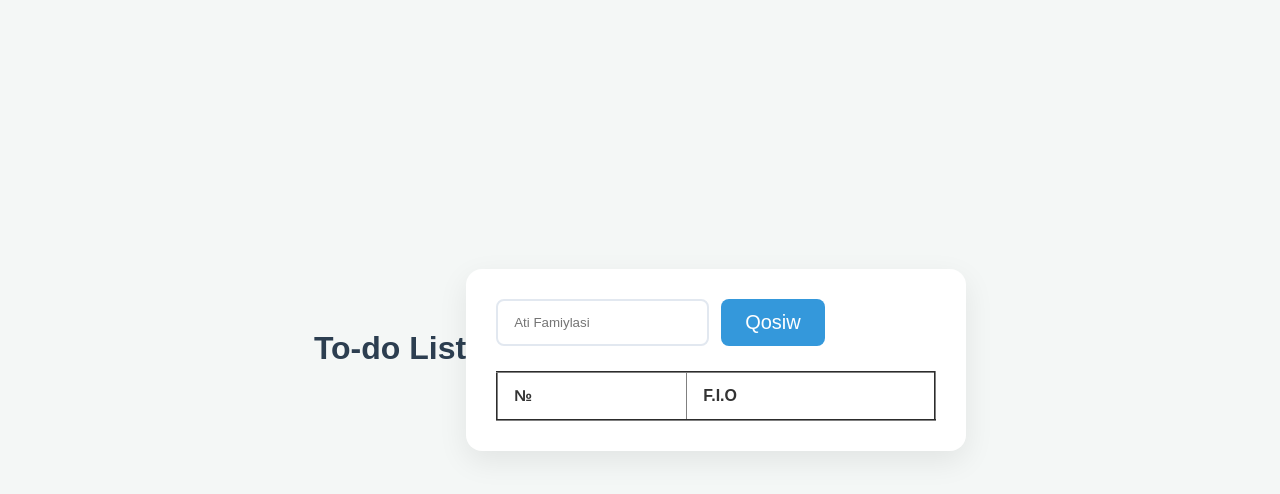
Repository: atamuratov777/my-to-do-list
Page: index.html
These files come from the project's save history. The page is drawn as it stood at one moment and after the next save; the edit follows.
The browser window is 1280 px wide. The pictures show the whole page.

Above is the page before, as saved 2026-06-18 14:19:09.

### index.html
<!DOCTYPE html>
<html lang="en">
<head>
    <meta charset="UTF-8">
    <meta name="viewport" content="width=device-width, initial-scale=1.0">
    <title>Document</title>
    <link rel="stylesheet" href="./style.css">
</head>
<body>
    <h1>To-do List</h1>
    <div class="card">
    <div class="textName">
        <input type="text" placeholder="Ati Famiylasi" onchange="namech(event)">
        <button>Qosiw</button>
    </div>
    <table border="2">
        <thead>
            <th>№</th>
            <th>F.I.O</th>
        </thead>
        <tbody id="tbody">
        </tbody>
    </table>

    <script src="./script.js"></script>
</body>
</html>

### style.css
* {
    margin: 0;
    padding: 0;
    box-sizing: border-box;
    font-family: sans-serif;
}

body {
    background-color: #f4f7f6;
    color: #333;
    display: flex;

    align-items: center;
    justify-content: center;
    height: 100vh;
    padding: 20px;
}

h1 {
    display: flex;
    align-items: center;
    justify-content: center;
    margin-bottom: 24px;
    color: #2c3e50;

    font-weight: 600;
}


.card {
    background: #ffffff;
    padding: 30px;
    border-radius: 16px;
    box-shadow: 0 10px 30px rgba(0, 0, 0, 0.08);
    width: 100%;
    max-width: 500px;
}

/* Форма ввода */
.textName {
    display: flex;
    gap: 12px;
    margin-bottom: 25px;
}

input {

    padding: 12px 16px;
    border: 2px solid #e2e8f0;
    border-radius: 8px;


}


button {
    padding: 12px 24px;
    background-color: #3498db;
    color: white;
    border: none;
    border-radius: 8px;
    font-size: 20PX;

    cursor: pointer;

}

button:hover {
    background-color: #2980b9;
}




table {
    width: 100%;
    border-collapse: collapse;
    margin-top: 10px;
    text-align: left;
}

th,

td {







    padding: 14px 16px;
    border-bottom: 1px solid #edf2f7;
}





tbody tr:hover {
    background-color: #f8fafc;
}



.trash {
    cursor: pointer;
    text-align: center;
    font-size: 1.1rem;
    transition: transform 0.3s ease, color 0.2s;

}

.trash:hover {
    transform: scale(1.2);
    color: #e74c3c;
}

### script.js
let person=[]
const tbody=document.getElementById("tbody")

function namech(event){
    tbody.innerHTML=""
    person.push({
        id:12,
        name:event.target.value
    })
    person.forEach((person,index)=>{
        tbody.innerHTML+=`<tr>
        <th>${index+1}</th>
        <th>${person.name}<th>
        <th onClick={clicktrash(${index+1})} class="trash">🗑</th>
        </tr>`
    })
}

console.log("Usi ekran")

function clicktrash(basil) {
    tbody.innerHTML=""
    person.splice(basil-1,1)
    console.log(person)
    person.forEach((person,index)=>{
        tbody.innerHTML+=`<tr>
        <th>${index+1}</th>
        <th>${person.name}<th>
        <th onClick={clicktrash(${index+1})} class="trash">🗑</th>
        </tr>`
    })
}

After the next save:
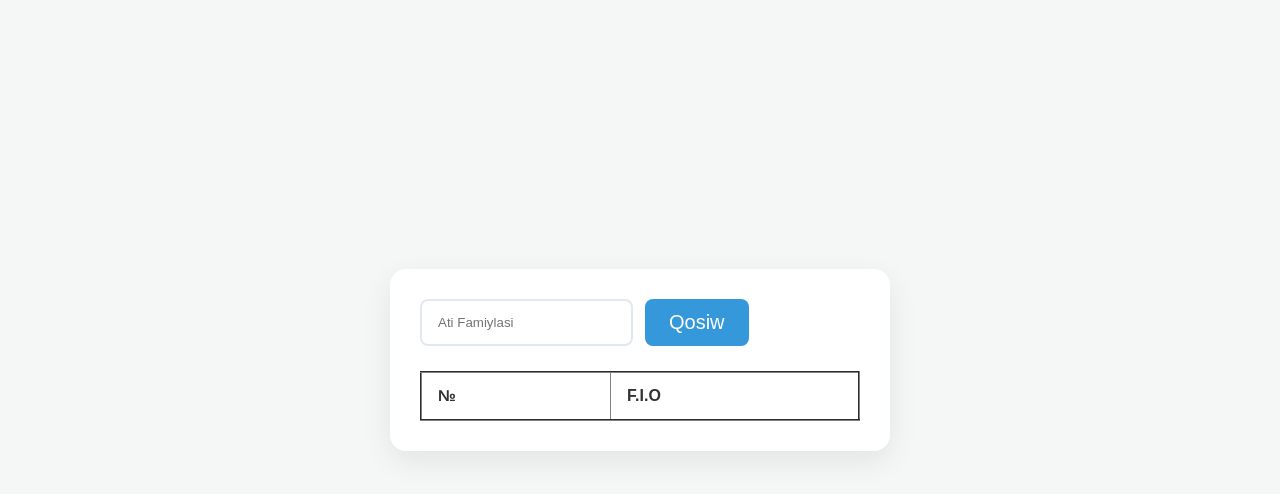
Saved 20 s later.
--- a/index.html
+++ b/index.html
@@ -7,7 +7,7 @@
     <link rel="stylesheet" href="./style.css">
 </head>
 <body>
-    <h1>To-do List</h1>
+
     <div class="card">
     <div class="textName">
         <input type="text" placeholder="Ati Famiylasi" onchange="namech(event)">
